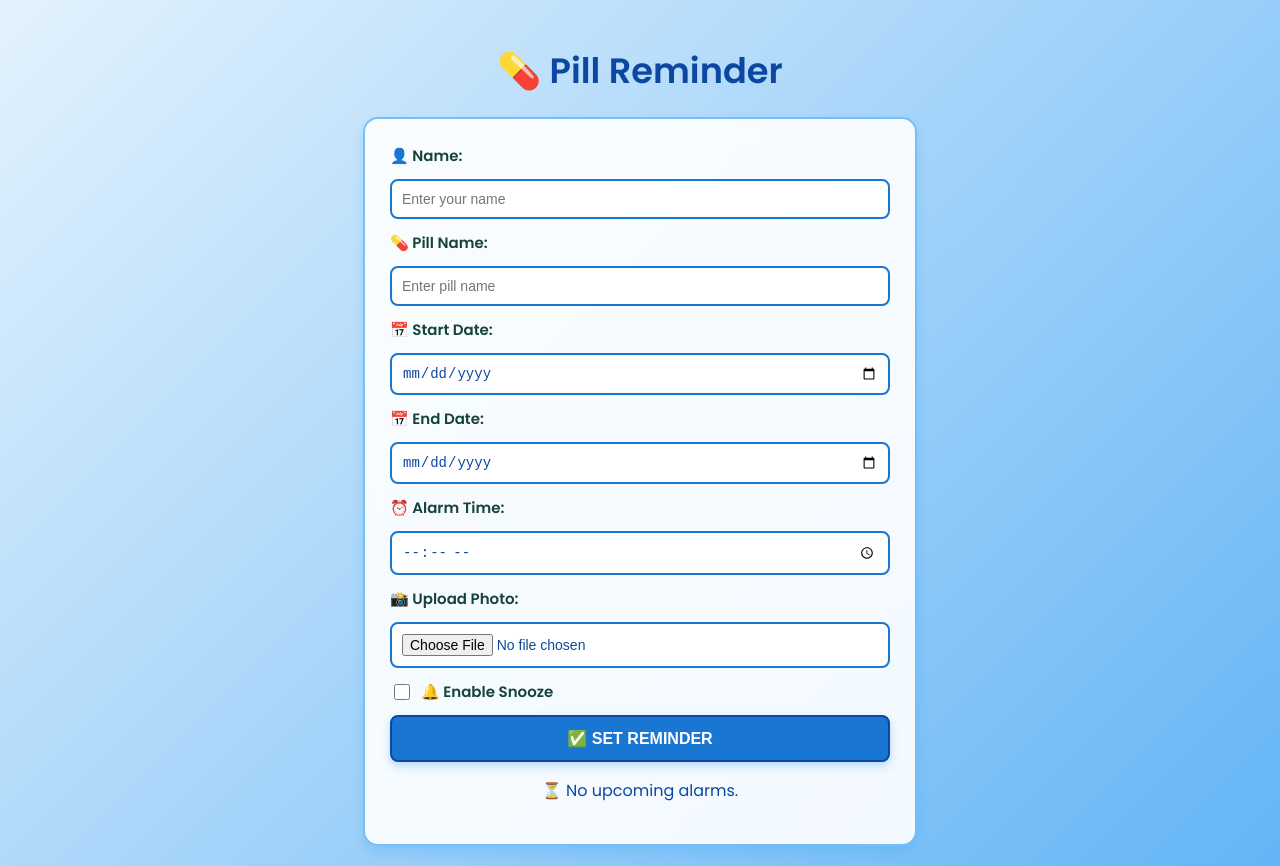
Repository: sarveshv9/Pill-Dispenser-Alert
Page: form1.html
An editor plug-in stored every save of this project. The page is shown before and after the next save, followed by the edit.
The browser window is 1280 px wide. The pictures show the whole page.

Above is the page before, as saved 2025-03-16 17:37:42.

After the next save:
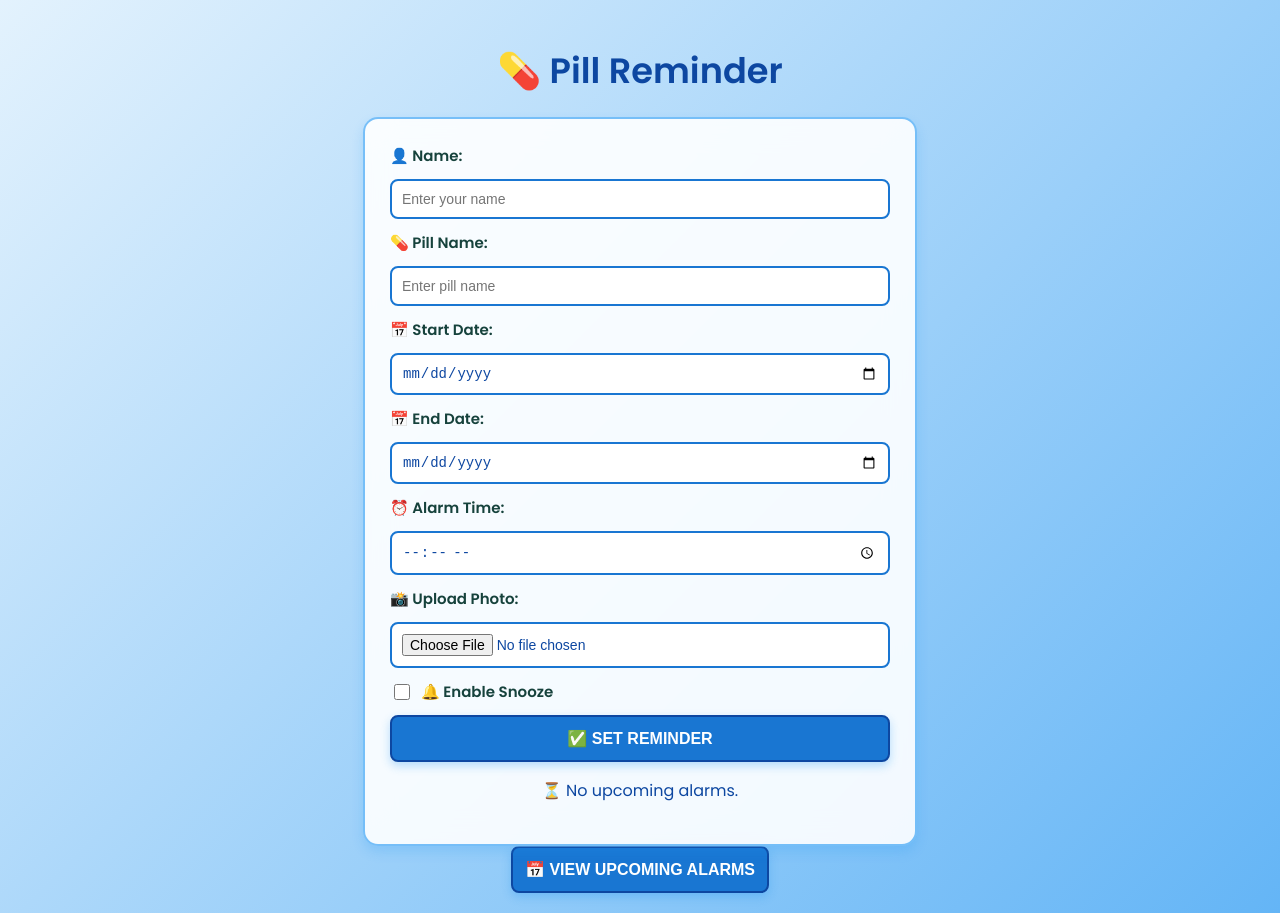
Saved 5 s later.
--- a/form1.html
+++ b/form1.html
@@ -202,7 +202,14 @@
         document.getElementById("stopAlarm").addEventListener("click", function() {
             document.getElementById("alarm-box").style.display = "none";
         });
+        function goToUpcomingAlarms() {
+            window.location.href = "upcoming-alarms.html";
+        }
     </script>
+
+    <!-- Add Button to Go to Upcoming Alarms Page -->
+    <button onclick="goToUpcomingAlarms()">📅 View Upcoming Alarms</button>
+
 
 </body>
 </html>

After the save that followed:
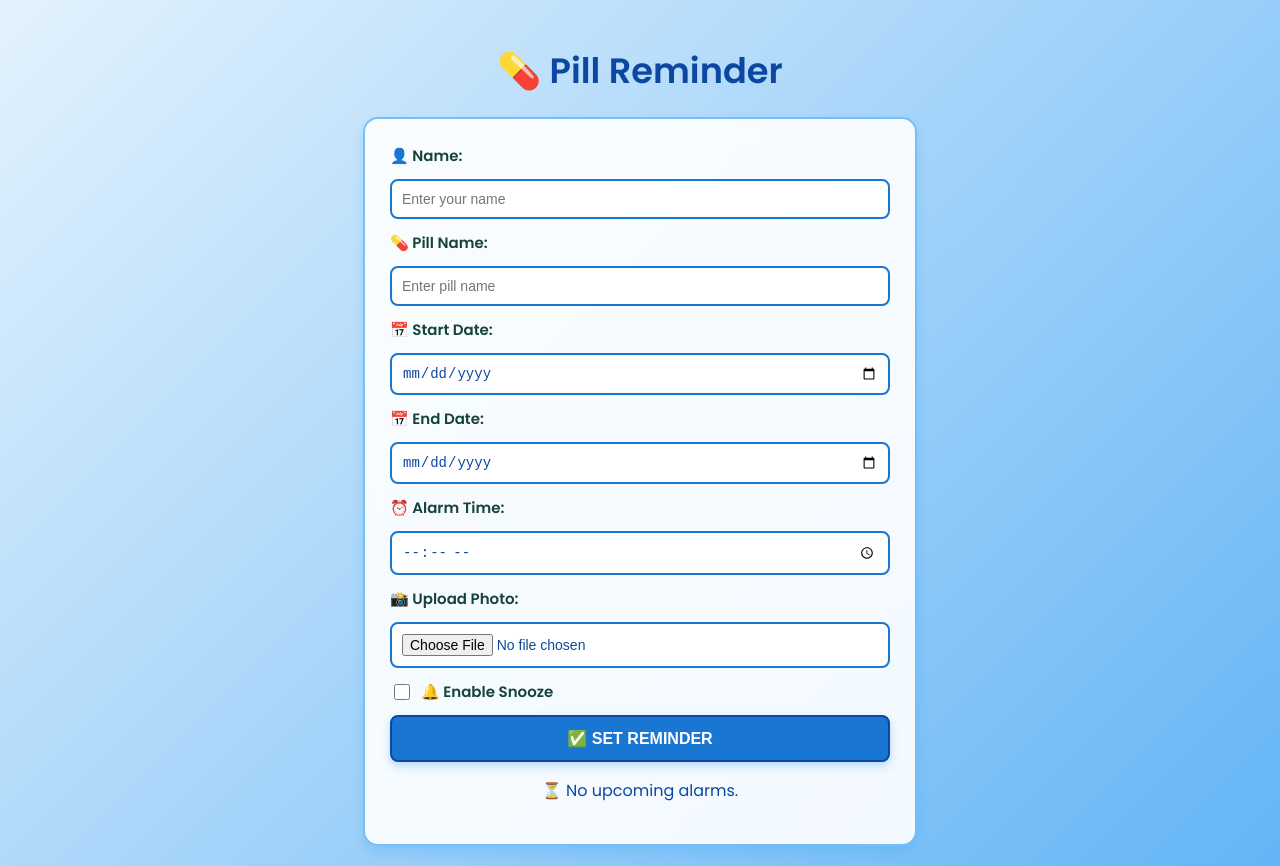
Saved 11 min 13 s later.
--- a/form1.html
+++ b/form1.html
@@ -207,8 +207,7 @@
         }
     </script>
 
-    <!-- Add Button to Go to Upcoming Alarms Page -->
-    <button onclick="goToUpcomingAlarms()">📅 View Upcoming Alarms</button>
+
 
 
 </body>
